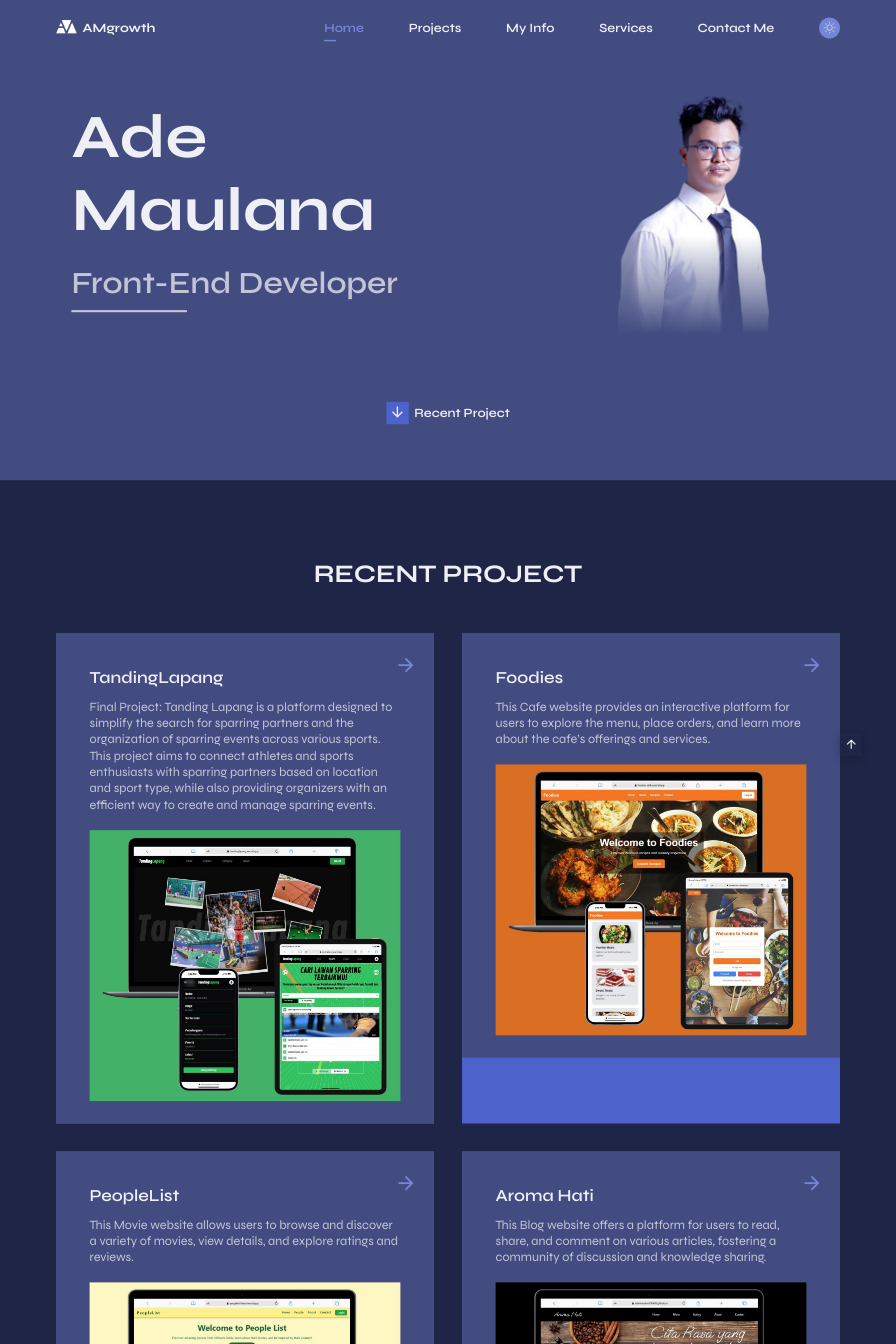
Repository: Ademaulana100499/amgrowth
Page: /
An editor plug-in stored every save of this project. The page is shown before and after the next save, followed by the edit.
The browser window is 1280 px wide. The pictures show the part of the page from y = 0 to 1920 px (the page is 7400 px tall), at 70% of full size.
Some web fonts or font styles are not loaded; a fallback is used. The project was rebuilt for these pictures with package versions that can differ from the ones it lists, and the page was loaded fresh each time. Also part of the build but not shown: vite.config.js.

Above is the page before, as saved 2025-02-19 15:58:55.

After the next save:
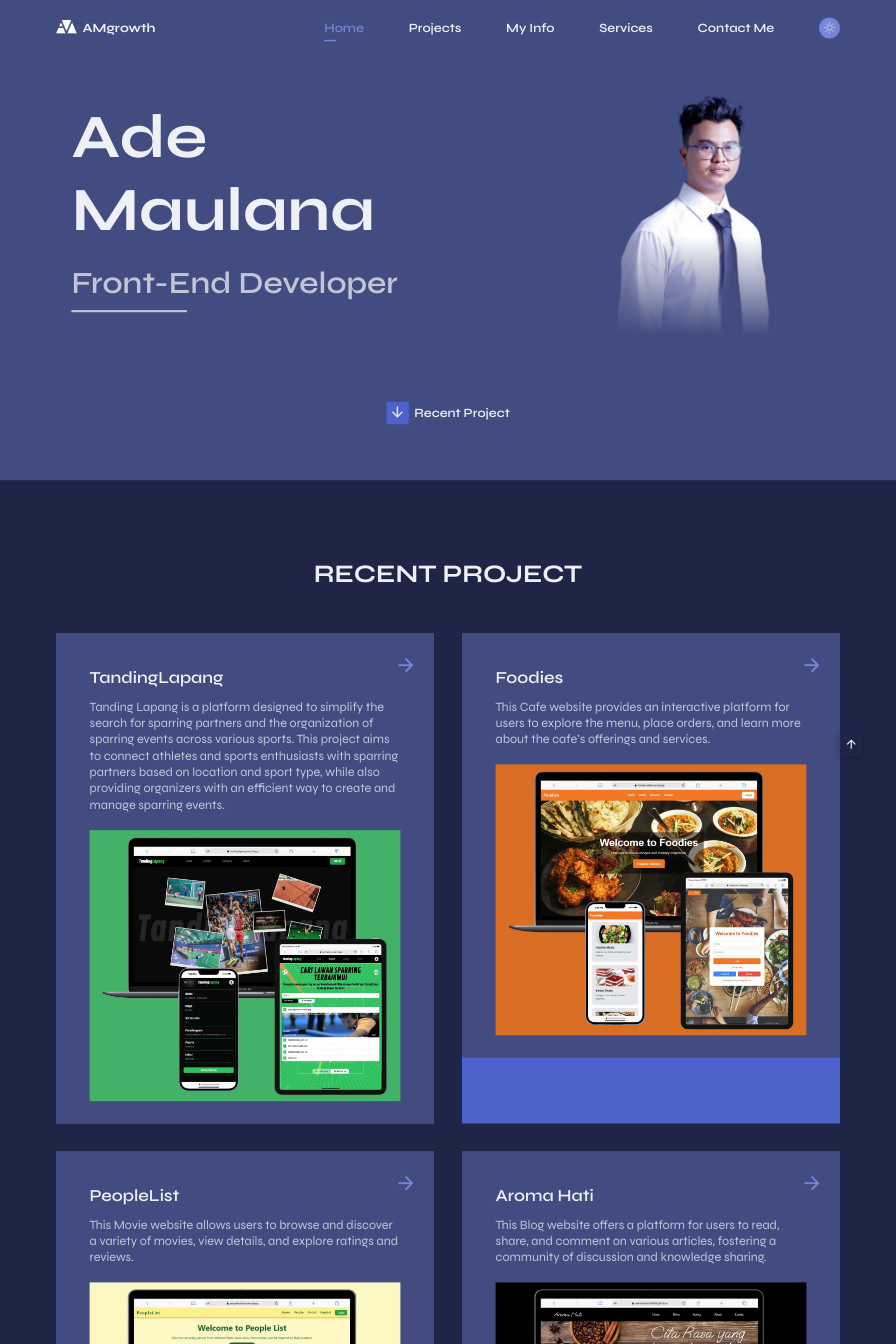
Saved 43 s later.
--- a/src/App.jsx
+++ b/src/App.jsx
@@ -30,7 +30,7 @@
       id: 1,
       title: "TandingLapang",
       description:
-        "Final Project: Tanding Lapang is a platform designed to simplify the search for sparring partners and the organization of sparring events across various sports. This project aims to connect athletes and sports enthusiasts with sparring partners based on location and sport type, while also providing organizers with an efficient way to create and manage sparring events.",
+        "Tanding Lapang is a platform designed to simplify the search for sparring partners and the organization of sparring events across various sports. This project aims to connect athletes and sports enthusiasts with sparring partners based on location and sport type, while also providing organizers with an efficient way to create and manage sparring events.",
       image: "/assets/img/tandinglapang.jpg",
     },
     {
